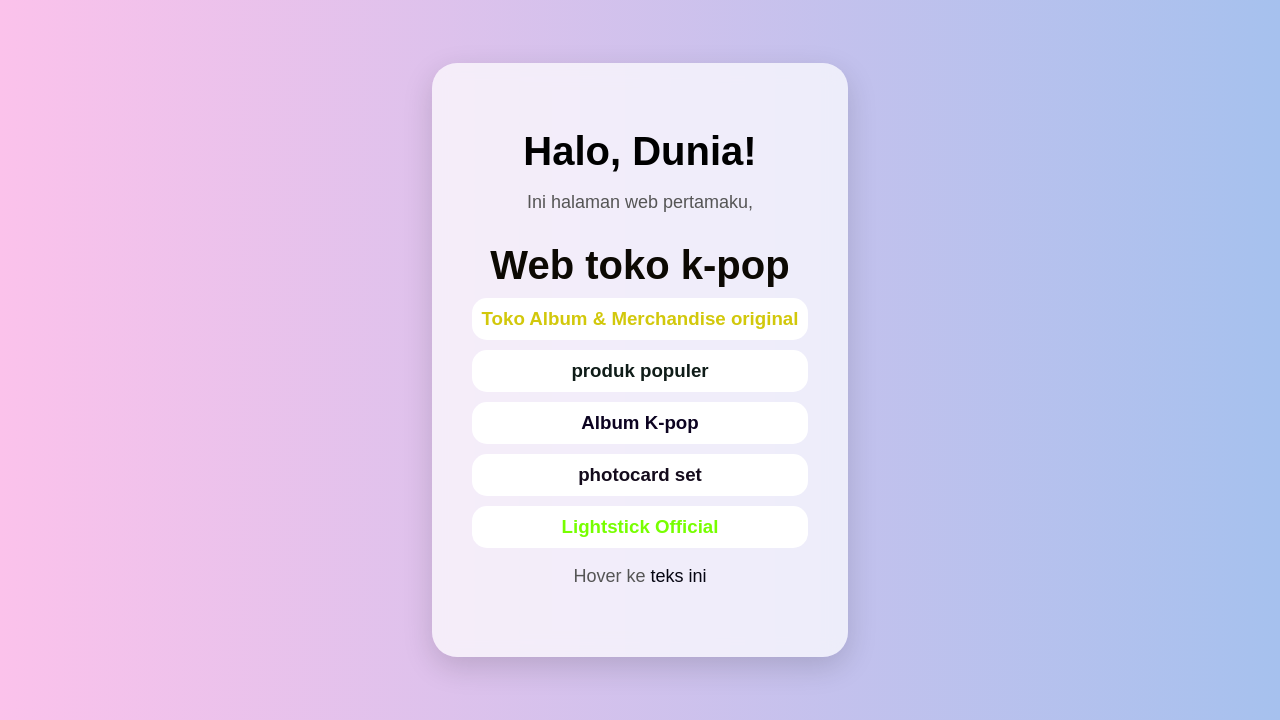
Repository: sekartazivi/241552010020-Web-Application-Development
Page: test.html
The author's editor kept a copy of each file at every save. The page is drawn from the files as they stood at one save, then again after the next save.
The browser window is 1280 px wide. The pictures show the whole page.

Above is the page before, as saved 2026-02-20 09:24:27.

After the next save:
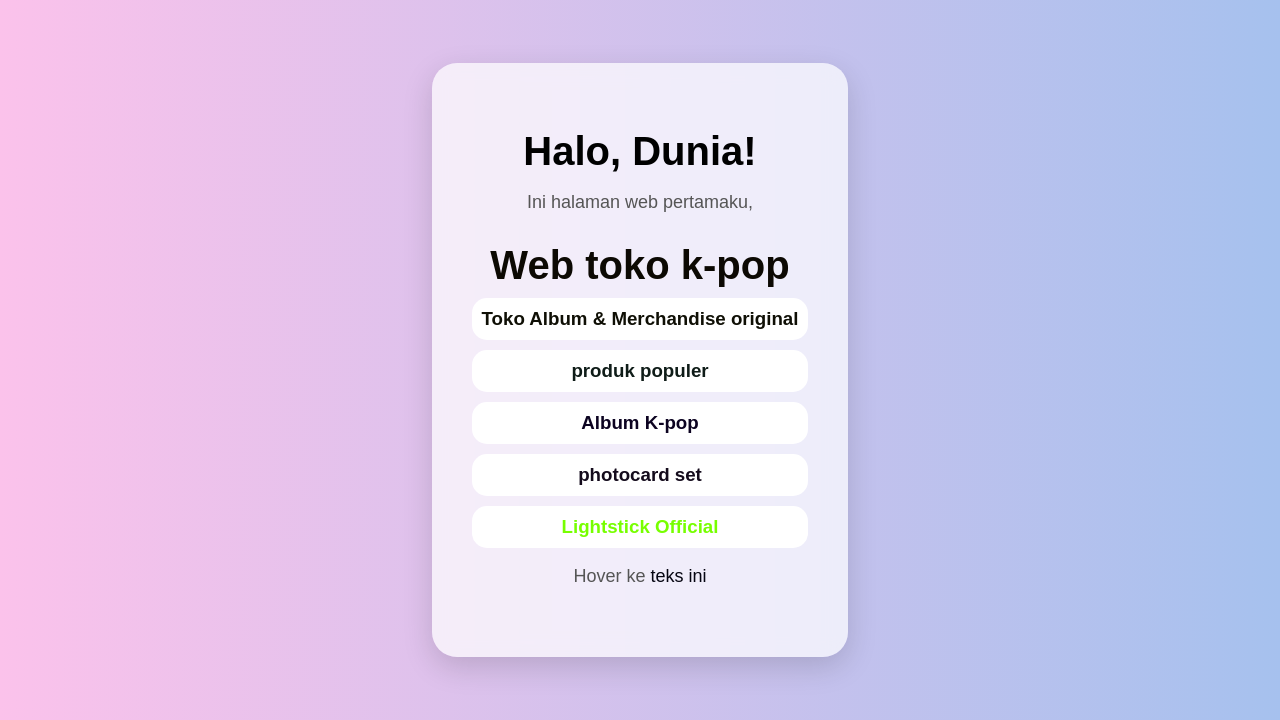
Saved 8 s later.
--- a/test.html
+++ b/test.html
@@ -62,7 +62,7 @@
     <h1 style="color: black;">Halo, Dunia!</h1>
     <p>Ini halaman web pertamaku,</p>
     <h1 style="color: rgb(12, 9, 3);">Web toko k-pop</h1>
-    <h3 style="color: rgb(210, 200, 11);">Toko Album & Merchandise original</h3>
+    <h3 style="color: rgb(15, 15, 5);">Toko Album & Merchandise original</h3>
     <h3 style="color: rgb(15, 28, 24);" >produk populer</h3>
     <h3 style="color: rgb(12, 3, 33);" >Album K-pop</h3>
     <h3 style="color: rgb(20, 11, 28);">photocard set</h3>
